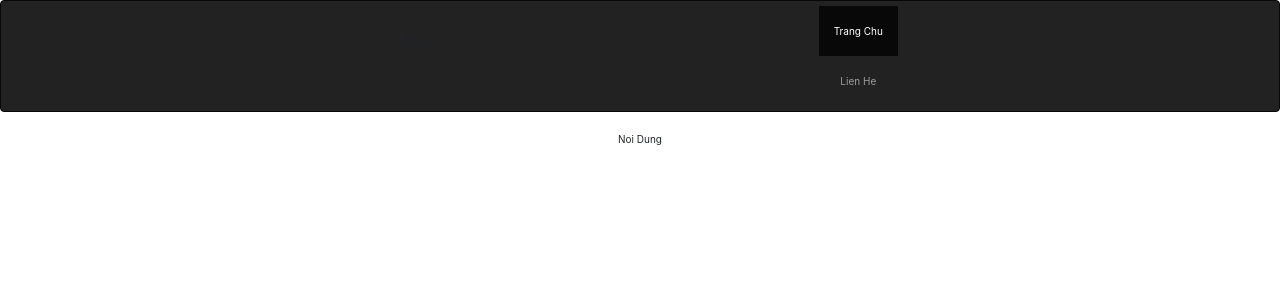
Repository: hntvip/react-route
Page: /
The author's editor kept a copy of each file at every save. The page is drawn from the files as they stood at one save, then again after the next save.
The browser window is 1280 px wide. The pictures show the whole page.
The project was rebuilt for these pictures with package versions that can differ from the ones it lists, and the page was loaded fresh each time.

Above is the page before, as saved 2019-11-27 16:05:27.

### public/index.html
<!DOCTYPE html>
<html lang="en">
  <head>
    <meta charset="utf-8" />
    <link rel="icon" href="%PUBLIC_URL%/favicon.ico" />
    <meta name="viewport" content="width=device-width, initial-scale=1" />
    <meta name="theme-color" content="#000000" />
    <meta
      name="description"
      content="Web site created using create-react-app"
    />
    <link rel="apple-touch-icon" href="logo192.png" />
    <!--
      manifest.json provides metadata used when your web app is installed on a
      user's mobile device or desktop. See https://developers.google.com/web/fundamentals/web-app-manifest/
    -->
    <link rel="manifest" href="%PUBLIC_URL%/manifest.json" />
    <!--
      Notice the use of %PUBLIC_URL% in the tags above.
      It will be replaced with the URL of the `public` folder during the build.
      Only files inside the `public` folder can be referenced from the HTML.

      Unlike "/favicon.ico" or "favicon.ico", "%PUBLIC_URL%/favicon.ico" will
      work correctly both with client-side routing and a non-root public URL.
      Learn how to configure a non-root public URL by running `npm run build`.
    -->
    <title>React App</title>

    <!-- Latest compiled and minified CSS & JS -->
    <link rel="stylesheet" media="screen" href="//netdna.bootstrapcdn.com/bootstrap/3.3.4/css/bootstrap.min.css">
    <script src="//code.jquery.com/jquery.js"></script>
    <script src="//netdna.bootstrapcdn.com/bootstrap/3.3.4/js/bootstrap.min.js"></script>

  </head>
  <body>
    <noscript>You need to enable JavaScript to run this app.</noscript>
    <div id="root"></div>
    <!--
      This HTML file is a template.
      If you open it directly in the browser, you will see an empty page.

      You can add webfonts, meta tags, or analytics to this file.
      The build step will place the bundled scripts into the <body> tag.

      To begin the development, run `npm start` or `yarn start`.
      To create a production bundle, use `npm run build` or `yarn build`.
    -->
  </body>
</html>

### src/index.js
import React from 'react';
import ReactDOM from 'react-dom';
import './index.css';
import App from './App';
import * as serviceWorker from './serviceWorker';

import '../node_modules/bootstrap/dist/css/bootstrap.css';

ReactDOM.render(<App />, document.getElementById('root'));


// If you want your app to work offline and load faster, you can change
// unregister() to register() below. Note this comes with some pitfalls.
// Learn more about service workers: https://bit.ly/CRA-PWA
serviceWorker.unregister();

### src/App.js
import React from 'react';
import './App.css';

function App() {
  return (
    <div className="App">

      <nav className="navbar navbar-inverse">
        <a className="navbar-brand">Title</a>
        <ul className="nav navbar-nav">
          <li className="active">
            <a>Trang Chu</a>
          </li>
          <li>
            <a>Lien He</a>
          </li>
        </ul>
      </nav>
      Noi Dung

    </div>
  );
}

export default App;

Loaded but not shown: src/index.css (common file); src/serviceWorker.js (common file); src/App.css (common file)

After the next save:
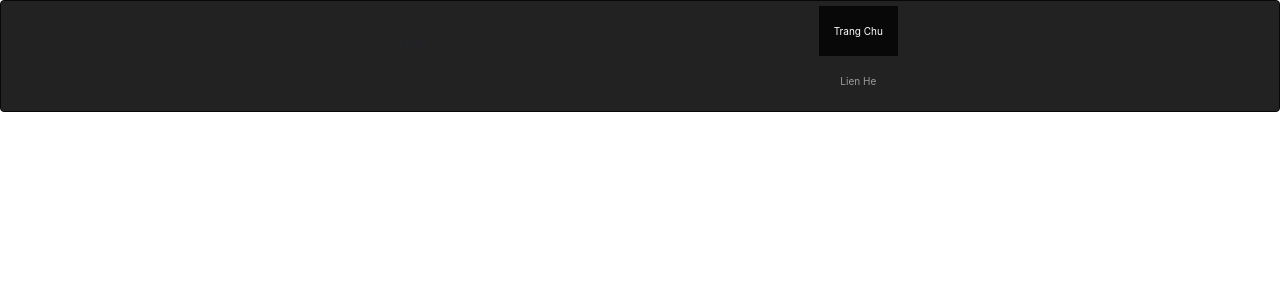
Saved 4 s later.
--- a/src/App.js
+++ b/src/App.js
@@ -16,7 +16,7 @@ function App() {
           </li>
         </ul>
       </nav>
-      Noi Dung
+      {/* Noi Dung */}
 
     </div>
   );
